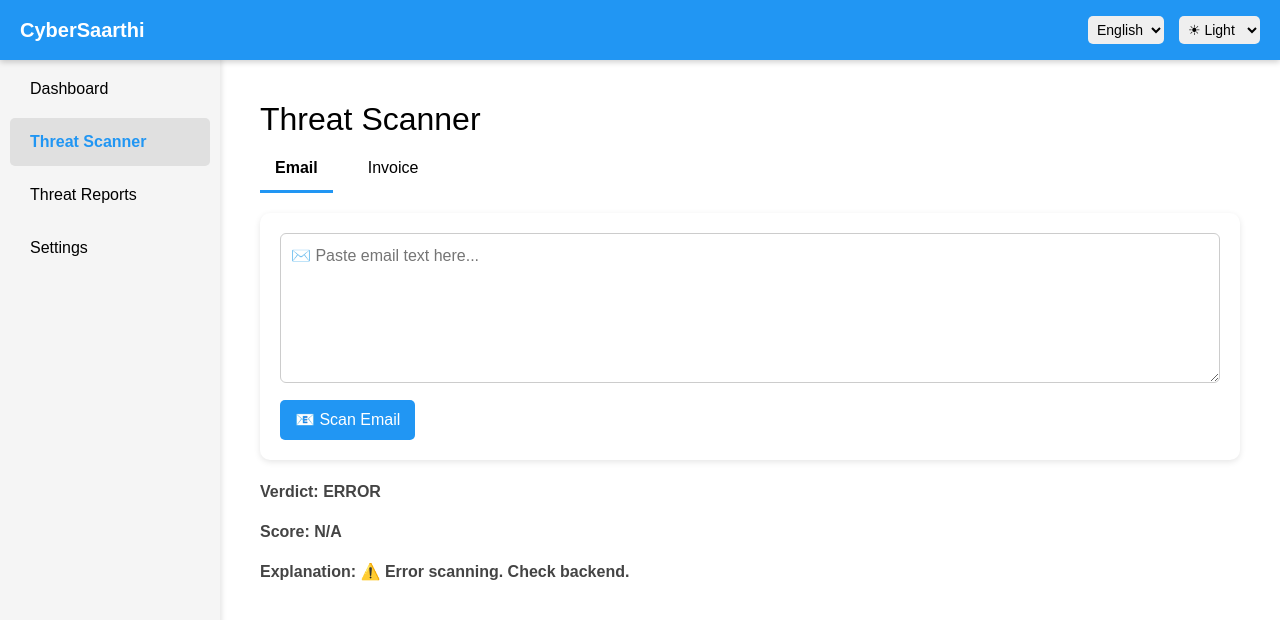
Repository: riyaaaa19/CyberSaarthi
Page: /scanner (app in frontend/), after clicking the first element matching `button`
The author's editor kept a copy of each file at every save. The page is drawn from the files as they stood at one save, then again after the next save.
The browser window is 1280 px wide. The pictures show the whole page.
The page's requests for data from a server got no answer. The project was rebuilt for these pictures with package versions that can differ from the ones it lists, and the page was loaded fresh each time. No one was signed in, and anything a server would have sent is missing. Also part of the build but not shown: frontend/vite.config.ts, frontend/src/services/api.js, frontend/src/pages/Dashboard.js, frontend/src/pages/Reports.js, frontend/src/pages/Settings.js.

Above is the page before, as saved 2025-08-21 18:45:29.

After the next save:
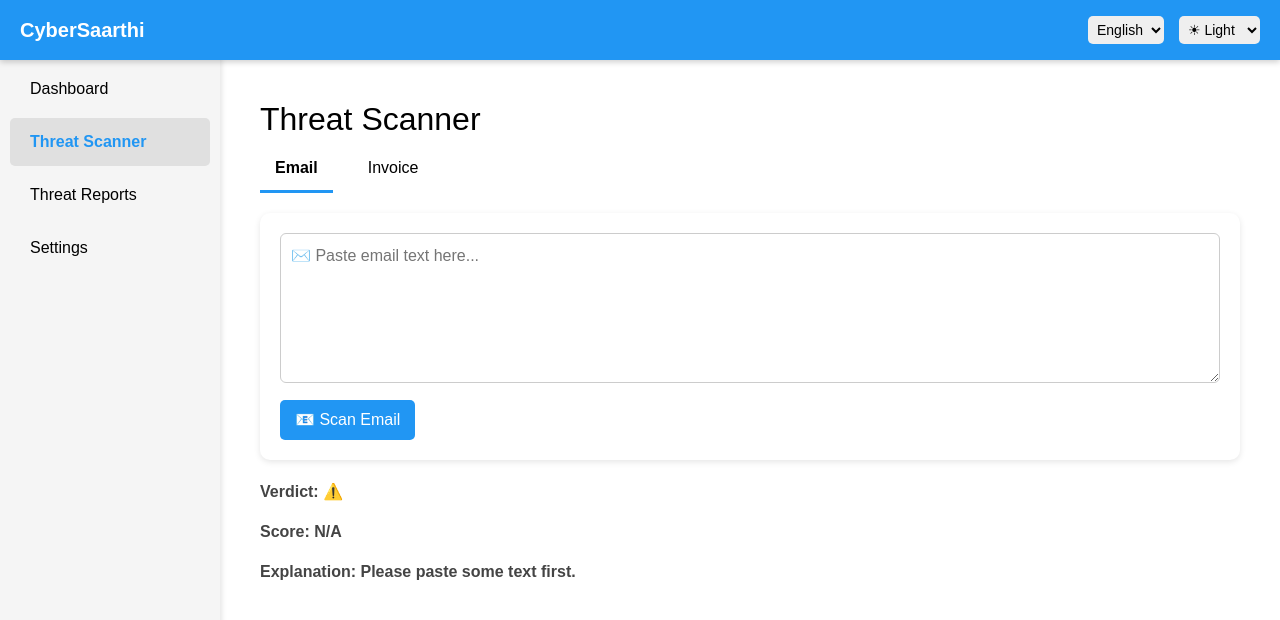
Saved 4 min 42 s later.
--- a/frontend/src/pages/Scanner.js
+++ b/frontend/src/pages/Scanner.js
@@ -1,4 +1,4 @@
-import React, { useState, useContext } from "react";
+import React, { useState, useContext, useEffect } from "react";
 import { useT } from "../i18n";
 import { ThemeLangContext } from "../ThemeLangContext";
 
@@ -9,6 +9,12 @@ function Scanner() {
   const [activeTab, setActiveTab] = useState("email");
   const [input, setInput] = useState("");
   const [result, setResult] = useState(null);
+
+  // ✅ Reset textarea + result when switching tab
+  useEffect(() => {
+    setInput("");
+    setResult(null);
+  }, [activeTab]);
 
   // styles
   const boxStyle = {
@@ -55,6 +61,11 @@ function Scanner() {
   }
 
   const handleScan = async () => {
+    if (!input.trim()) {
+      setResult({ verdict: "⚠️", explanation: "Please paste some text first." });
+      return;
+    }
+
     setResult({ verdict: "⏳", explanation: "Scanning..." });
 
     const endpoint =
@@ -62,7 +73,6 @@ function Scanner() {
         ? "http://localhost:8000/v1/scan/email"
         : "http://localhost:8000/v1/scan/invoice";
 
-    // 👇 build request body according to schema
     const body =
       activeTab === "email"
         ? { email_text: input, lang: "en" }
@@ -79,11 +89,8 @@ function Scanner() {
       });
 
       const data = await res.json();
-
-      // Set full result from backend
       setResult(data);
 
-      // Browser notification
       showNotification("Scan Result", `${data.verdict} - ${data.explanation}`);
     } catch (err) {
       console.error(err);
